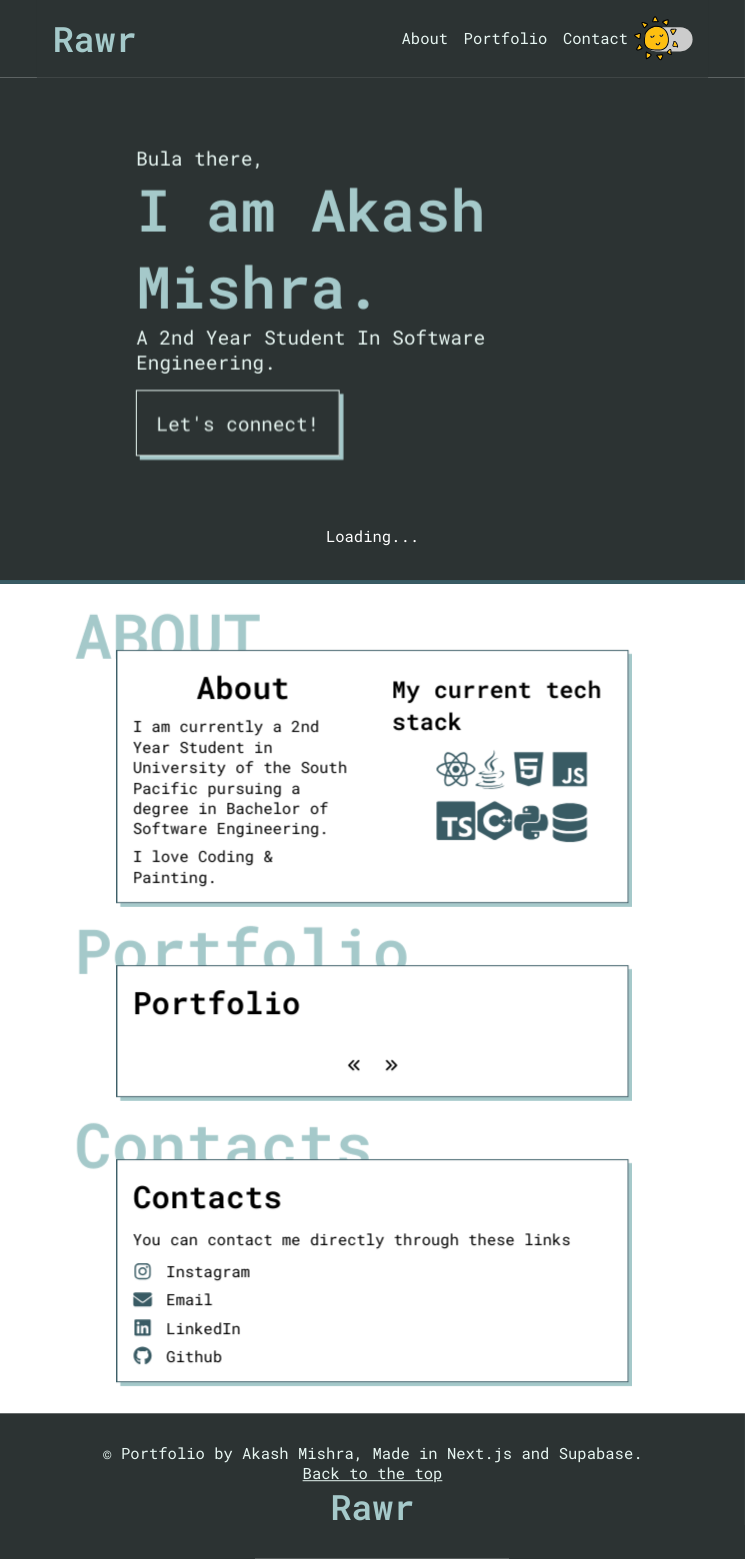
Repository: akashrawr/personal-portfolio
Page: /
An editor plug-in stored every save of this project. The page is shown before and after the next save, followed by the edit.
The browser window is 768 px wide. The pictures show the whole page, at 97% of full size.
The page's requests for data from a server got no answer. The project was rebuilt for these pictures with package versions that can differ from the ones it lists, and the page was loaded fresh each time. The framework's server and built-in components were replaced by stand-ins that run in the browser. No one was signed in, and anything a server would have sent is missing. Also part of the build but not shown: next.config.ts.

Above is the page before, as saved 2025-01-03 20:36:38.

After the next save:
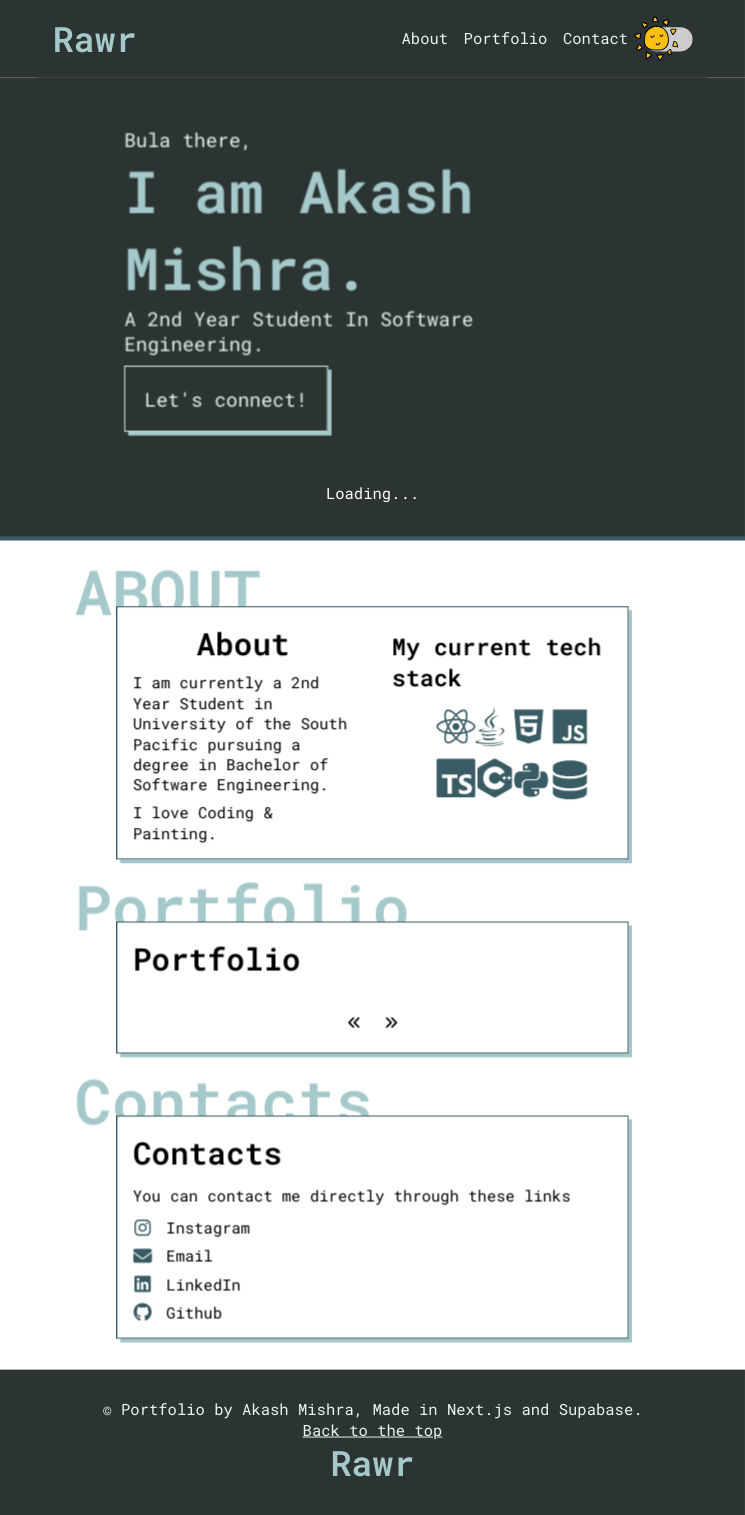
Saved 64 s later.
--- a/app/globals.css
+++ b/app/globals.css
@@ -309,6 +309,8 @@ color:white;
   .hero-container, .hero-image {
     max-width: 80%;
     height: auto;
+    gap: 10px;
+    padding: 1rem;
   }
   .hero-text-container {
     text-align: left;
